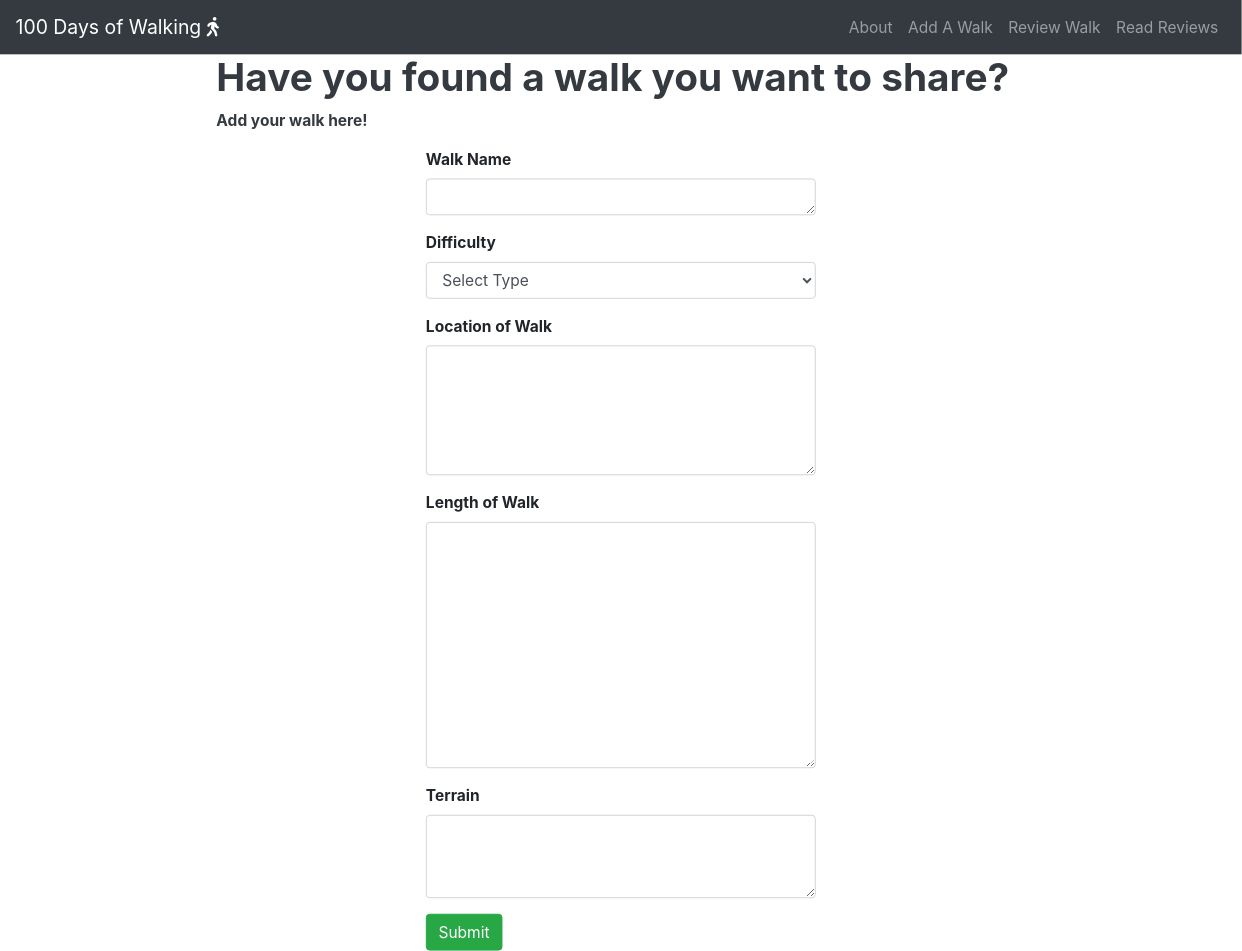
Repository: 5803emma/days-of-walking
Page: http://localhost/add_new_walk
The author's editor kept a record of every edit. The page is drawn from the files as they stood at one moment, then again after the next edit.
The browser window is 1280 px wide. The pictures show the whole page, at 97% of full size.
Some web libraries are served in a nearby version. The page is served by the project's application, run on Flask 3 (app.py).

Above is the page before.

### templates/add_walk.html
{% extends 'base.html' %} {% block content %}

<div class="container-fluid">
    <div class="row justify-content-center">
        <div class="col-10 text-dark welcome-text">
            <h1><strong>Have you found a walk you want to share?</strong></h1>
            <p><strong>Add your walk here!</strong></p>
        </div>
    </div>
    <div class="row row-form justify-content-center">
        <div class="col-12 col-md-5">
            <!-- Form fields -->
            <form action="{{url_for('insert_walk')}}" method="POST" class="form_font">
                <div class="form-group font-weight-bolder">
                    <label for="walk_name">Walk Name </label>
                    <textarea class="form-control" id="walk_name" name="walk_name" rows="1" required></textarea>
                </div>
                <div class="form-group font-weight-bolder">
                    <label for="walk_difficulty">Difficulty </label>
                    <select class="form-control" id="status" name="status">
                        <option value="" disabled selected>Select Type</option>
                        <option>Easy</option>
                        <option>Moderate</option>
                        <option>Hard</option>
                    </select>
                </div>
                <div class="form-group font-weight-bolder">
                    <label for="walk_location">Location of Walk</label>
                    <textarea class="form-control" id="walk_location" name="walk_location" rows="5" required></textarea>
                </div>
                <div class="form-group font-weight-bolder">
                    <label for="walk_length">Length of Walk</label>
                    <textarea class="form-control" id="walk_location" name="walk_location" rows="10" required></textarea>
                </div>
                <div class="form-group font-weight-bolder">
                    <label for="walk_terrain">Terrain </label>
                    <textarea class="form-control" id="walk_url" name="walk_url" rows="3" required></textarea>
                </div>
                <!-- Send button -->
                <button type="submit" class="btn btn-success">Submit</button>
            </form>
        </div>
    </div>
</div>

{% endblock %}

### templates/base.html
<!DOCTYPE html>
<html>

<head>
    <link rel="stylesheet" href="https://stackpath.bootstrapcdn.com/bootstrap/4.4.1/css/bootstrap.min.css">
    <link rel="stylesheet" href="https://cdnjs.cloudflare.com/ajax/libs/font-awesome/5.12.0/css/all.min.css" />
</head>

<body>
    <header>
        <nav class="navbar navbar-expand-md navbar-dark bg-dark home-logo-text">
            <a class="navbar-brand" href="{{url_for('get_walks')}}">100 Days of Walking <i
                    class="fas fa-walking"></i></a>
            <button class="navbar-toggler" type="button" data-toggle="collapse" data-target="#navbarNavAltMarkup" aria-controls="navbarNavAltMarkup" aria-expanded="false" aria-label="Toggle navigation">
                <span class="navbar-toggler-icon"></span>
            </button>
            <div class="collapse navbar-collapse" id="navbarNavAltMarkup">
                <div class="navbar-nav ml-auto">
                    <a class="nav-item nav-link" href="{{url_for('about')}}">About</a>
                    <a class="nav-item nav-link" href="{{url_for('add_new_walk')}}">Add A Walk</a>
                    <a class="nav-item nav-link" href="{{url_for('walk_review')}}">Review Walk</a>
                     <a class="nav-item nav-link" href="{{url_for('read_review')}}">Read Reviews</a>
                </div>
            </div>

        </nav>
    </header>
        <!-- Container for background image -->
    <div class="container-fluid bg">
    </div>
    <!-- Container for injected templates -->
    <div class="container-fluid">
        <div class="row justify-content-center">
            <div class="col-12 col-md-10 template-col">

    {% block content %} {% endblock %}



    <script src="https://code.jquery.com/jquery-3.4.1.slim.min.js"></script>
    <script src="https://cdn.jsdelivr.net/npm/popper.js@1.16.0/dist/umd/popper.min.js"></script>
    <script src="https://stackpath.bootstrapcdn.com/bootstrap/4.4.1/js/bootstrap.min.js"></script>
</body>

</html>

### app.py
import os
from flask import Flask, render_template, redirect, request, url_for
from flask_pymongo import PyMongo
from bson.objectid import ObjectId

app = Flask(__name__)

app.config["MONGO_DBNAME"] = 'walking_app'
app.config["MONGO_URI"] = 'mongodb+srv://root:johnbell@myfirstcluster-20lqh.mongodb.net/walking_app?retryWrites=true&w=majority'

mongo = PyMongo(app)

@app.route("/")
@app.route("/get_walks")
def get_walks():
    return render_template("home.html", walks=mongo.db.walks.find())

@app.route("/about")
def about():
    return render_template("about.html")


@app.route("/add_new_walk")
def add_new_walk():
    return render_template("add_walk.html")


@app.route("/insert_walk", methods=['POST'])
def insert_walk():
    walk = mongo.db.walks
    walk.insert_one(request.form.to_dict())
    return redirect(url_for('get_walks'))

# Update Information About Walk

@app.route("/edit_walk/<walk_id>")
def edit_walk(walk_id):
    the_walk = mongo.db.walks.find_one({"_id": ObjectId(walk_id)})
    return render_template("update_walk.html", walk=the_walk)

@app.route("/update_walk/<walk_id>", methods=["POST"])
def update_walk(walk_id):
    walk = mongo.db.walks
    walk.update({'_id': ObjectId(walk_id)}, {
        'walk_name' : request.form.get('walk_name'),
        'walk_location' : request.form.get('walk_location'),
        'walk_length' : request.form.get('walk_length'),
        'walk_difficulty' : request.form.get('walk_difficulty'),
        'walk_terrain' : request.form.get('walk_terrain')
    })
    return redirect(url_for('get_walks'))

# Delete Option

@app.route("/delete_walk/<walk_id>")
def delete_walk(walk_id):
    mongo.db.walks.remove({'_id': ObjectId(walk_id)})
    return redirect(url_for('get_walks'))

@app.route("/leave_review")
def walk_review():
    return render_template("walk_review.html", walks=mongo.db.walks.find())

# Sends the data that the user inserts to the database

@app.route("/walk_review", methods=['POST'])
def insert_review():
    review = mongo.db.walk_reviews
    review.insert_one(request.form.to_dict())
    return redirect(url_for('walk_review'))


@app.route("/read_review")
def read_review():
    return render_template("read_reviews.html", reviews=mongo.db.walk_reviews.find())

if __name__ == "__main__":
    app.run(host=os.environ.get("IP"),
    port=int(os.environ.get("PORT")),
    debug=True)

After the next edit:
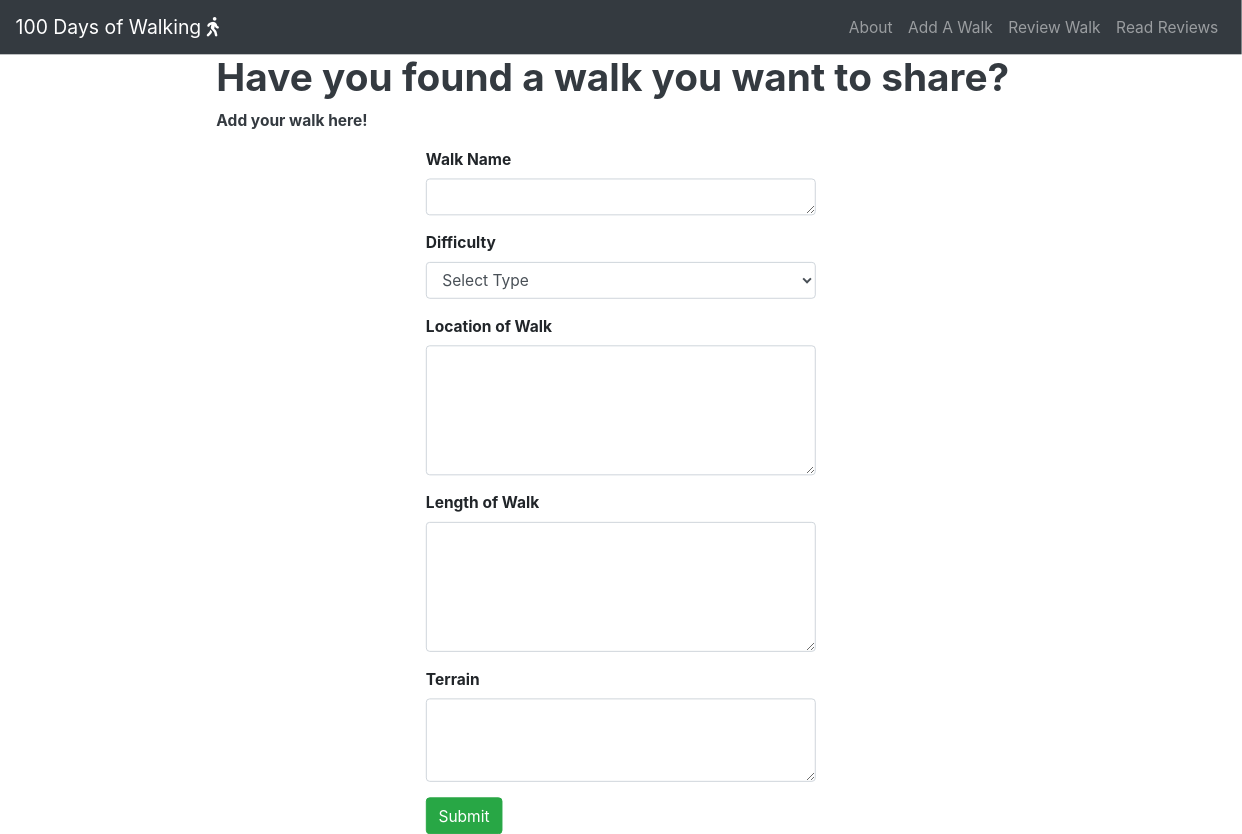
The edit:
--- a/templates/add_walk.html
+++ b/templates/add_walk.html
@@ -30,7 +30,7 @@
                 </div>
                 <div class="form-group font-weight-bolder">
                     <label for="walk_length">Length of Walk</label>
-                    <textarea class="form-control" id="walk_location" name="walk_location" rows="10" required></textarea>
+                    <textarea class="form-control" id="walk_location" name="walk_location" rows="5" required></textarea>
                 </div>
                 <div class="form-group font-weight-bolder">
                     <label for="walk_terrain">Terrain </label>
